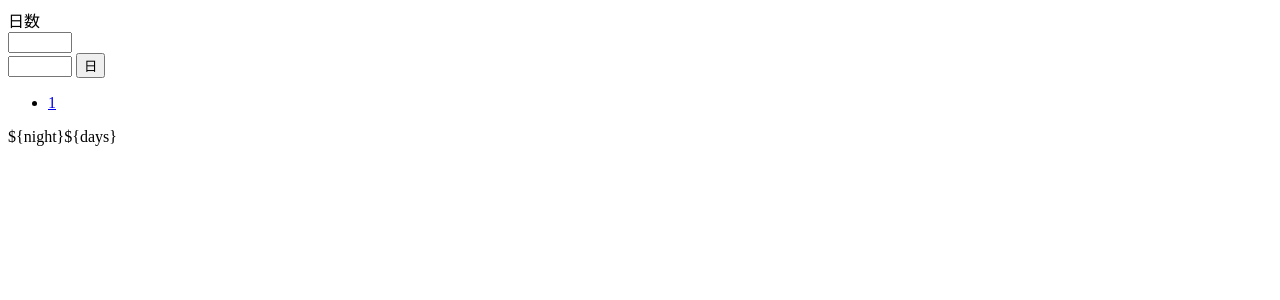
Repository: Ischca/ischca.github.io
Page: src/nights.html
An editor plug-in stored every save of this project. The page is shown before and after the next save, followed by the edit.
The browser window is 1280 px wide. The pictures show the whole page.

Above is the page before, as saved 2020-10-02 14:32:58.

### src/nights.html
<label for="staticEmail" class="col-sm-auto col-form-label">日数</label>
<div class="col-sm-2">
    <div class="input-group mb-3">
        <input type="number" class="form-control" min="1" max="100" value="night">
    </div>
</div>

<div class="col-sm-2">
    <div class="input-group mb-3">
        <input type="number" class="form-control" min="1" max="100"  value.bind="days">
        <button class="btn btn-outline-secondary dropdown-toggle" type="button" data-toggle="dropdown"
            aria-expanded="false">日</button>
        <ul class="dropdown-menu dropdown-menu-right">
            <li><a class="dropdown-item" href="#">1</a></li>
        </ul>
    </div>
</div>

${night}${days}

After the next save:
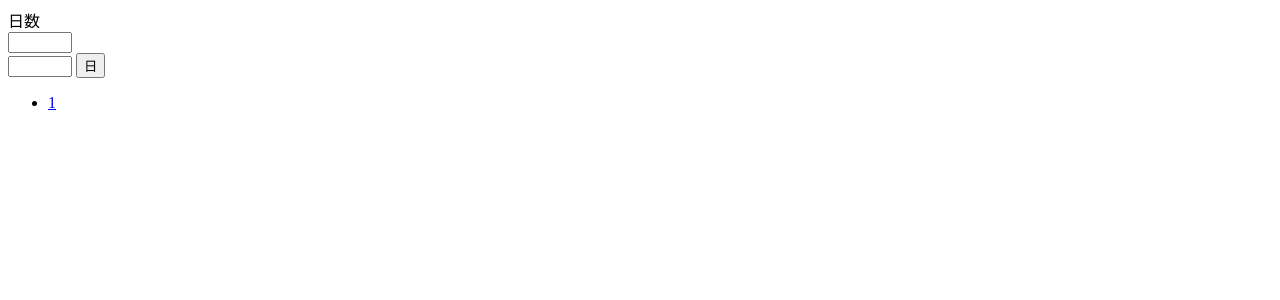
Saved 2 min 20 s later.
--- a/src/nights.html
+++ b/src/nights.html
@@ -1,7 +1,7 @@
 <label for="staticEmail" class="col-sm-auto col-form-label">日数</label>
 <div class="col-sm-2">
     <div class="input-group mb-3">
-        <input type="number" class="form-control" min="1" max="100" value="night">
+        <input type="number" class="form-control" min="1" max="100" value.bind="night">
     </div>
 </div>
 
@@ -15,5 +15,3 @@
         </ul>
     </div>
 </div>
-
-${night}${days}
